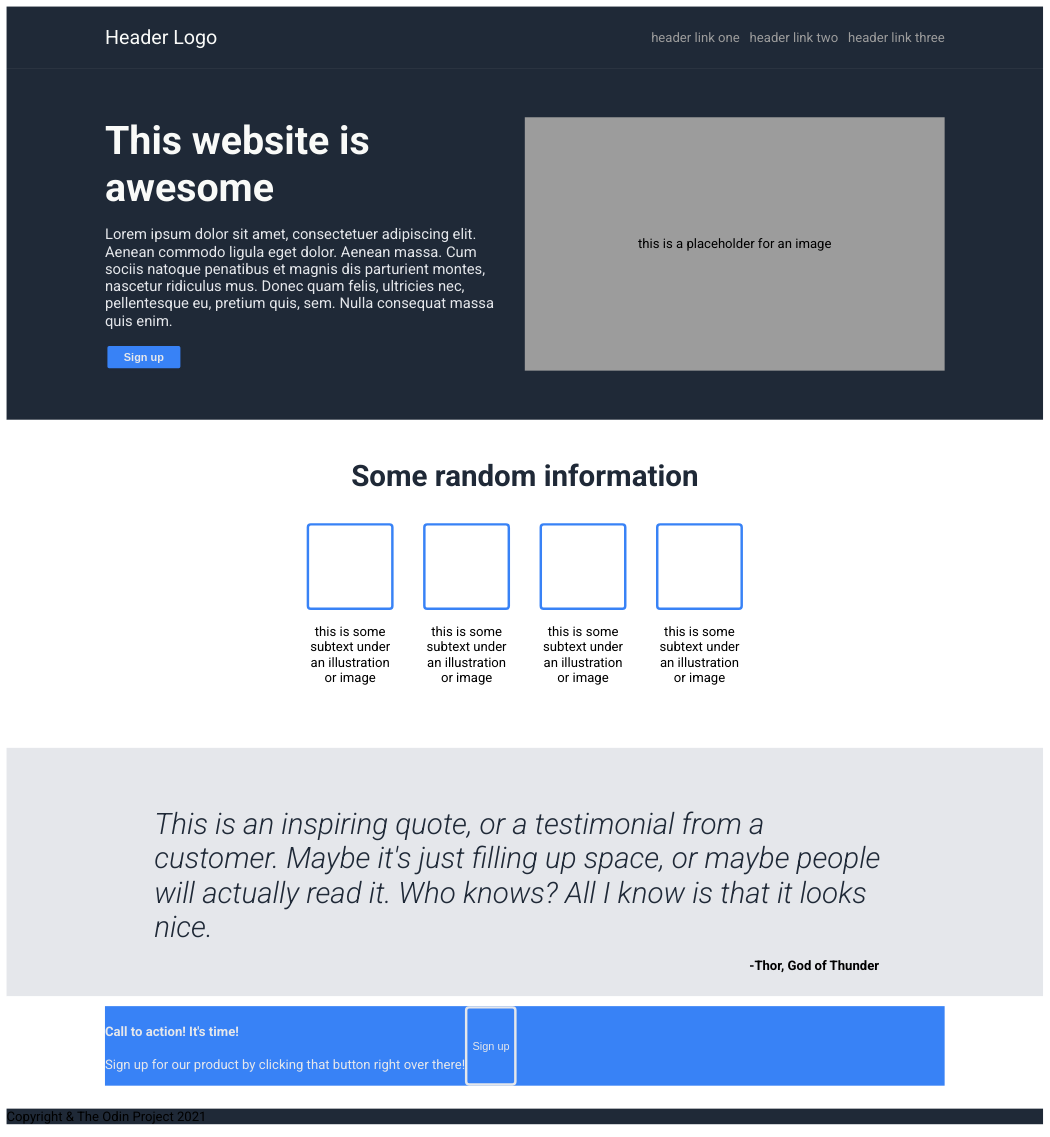
Repository: evemcd/odin_project
Page: odin-project2-landing-page/index.html
The author's editor kept a copy of each file at every save. The page is drawn from the files as they stood at one save, then again after the next save.
The browser window is 1280 px wide. The pictures show the whole page, at 82% of full size.

Above is the page before, as saved 2022-02-08 11:38:57.

### odin-project2-landing-page/index.html
<!DOCTYPE html>
<html lang="en">
<head>
    <meta charset="UTF-8">
    <title>Odin Project 2 Landing Page</title>
    <link rel="stylesheet" href="style.css">
    <link rel="preconnect" href="https://fonts.googleapis.com">
<link rel="preconnect" href="https://fonts.gstatic.com" crossorigin>
<link href="https://fonts.googleapis.com/css2?family=Roboto:ital,wght@0,400;0,700;0,900;1,300&display=swap" rel="stylesheet">
</head>

<body>
    <header>
        <span>Header Logo</span>
        <ul>
            <li><a href="#">header link one</a></li>
            <li><a href="#">header link two</a></li>
            <li><a href="#">header link three</a></li>
        </ul>
    </header>

    <div class="container1">
        <div>
            <h2>This website is awesome</h2>
            <p>Lorem ipsum dolor sit amet, consectetuer adipiscing elit. Aenean commodo ligula eget dolor. Aenean massa. Cum sociis natoque penatibus et magnis dis parturient montes, nascetur ridiculus mus. Donec quam felis, ultricies nec, pellentesque eu, pretium quis, sem. Nulla consequat massa quis enim.</p>
            <button>Sign up</button>
        </div>
        <div class="placeholder">
            <span>this is a placeholder for an image</span>
        </div>
    </div>

    <div class="container2">
        <h3>Some random information</h3>
        <div class="boxContainer">
            <div class="boxes">
                <div class="box"></div>
                <p>this is some subtext under an illustration or image</p>
            </div>
            <div class="boxes">
                <div class="box"></div>
                <p>this is some subtext under an illustration or image</p>
            </div>
            <div class="boxes">
                <div class="box"></div>
                <p>this is some subtext under an illustration or image</p>
            </div>
            <div class="boxes">
                <div class="box"></div>
                <p>this is some subtext under an illustration or image</p>
            </div>
        </div>
    </div>

    <div class="container3">
        <blockquote>This is an inspiring quote, or a testimonial from a customer. Maybe it's just filling up space, or maybe people will actually read it. Who knows? All I know is that it looks nice.</blockquote>
        <p>-Thor, God of Thunder</p>
    </div>

    <div class="container4">
        <div class="blueBox">
            <div>
            <h4>Call to action! It's time!</h4>
            <p>Sign up for our product by clicking that button right over there!</p>
        </div>
        <button>Sign up</button>
        </div>
    </div>

    <footer>
        <p>Copyright &amp; The Odin Project 2021</p>
    </footer>
</body>
</html>

### odin-project2-landing-page/style.css
body {
    font-family: 'Roboto', sans-serif;
}

header,
.container1,
footer {
    background-color: #1F2937;
}

.container2,
.container4 {
    background-color: white;
}

header {
    display: flex;
    align-items: center;
    justify-content: space-between;
    padding: 12px 120px;
}

header>span {
    font-size: 24px;
    color: #F9FAF8;
}

header>ul {
    list-style: none;
    display: flex;
    gap: 12px;
}

header a {
    text-decoration: none;
    color: #9c9c9c;
}

.container1 {
    display: flex;
    flex: 1;
    padding: 60px 120px;
}

.container1 h2 {
    font-size: 48px;
    font-weight: extra-bold;
    color: #F9FAF8;
    margin: 0;
}

.container1 p {
    font-size: 18px;
    color: #E5E7EB;
}

.placeholder {
    background-color: #9c9c9c;
    width: 50%;
    flex-shrink: 0;
    margin-left: 24px;
    display: flex;
    justify-content: center;
    align-items: center;
}

.container1 button {
    background-color: #3882F6;
    color: #E5E7EB;
    font-weight: bold;
    border-radius: 5px;
    border: 3px solid #1F2937;
    padding: 6px 20px;
}

.container2 {
    padding: 12px 120px 60px 120px;
}

.container2 h3 {
    font-size: 36px;
    font-weight: extra-bold;
    color: #1F2937;
    text-align: center;
}

.boxContainer {
    display: flex;
    justify-content: center;
    gap: 36px;
}

.boxes {
    display: flex;
    flex-direction: column;
    align-items: center;
}

.boxes p {
    text-align: center;
    width: 100px;
}

.box {
    width: 100px;
    height: 100px;
    border: 3px solid #3882F6;
    border-radius: 5px;
}

.container3 {
    background-color: #E5E7EB;
    padding: 12px 120px;
}

blockquote {
    font-size: 36px;
    font-weight: lighter;
    font-style: italic;
    color: #1F2937;
    margin: 0;
    padding: 60px 60px 0 60px;
}

.container3 p {
    text-align: right;
    font-weight: bold;
    padding-right: 80px;
}

.blueBox {
    background-color: #3882F6;
    color: #E5E7EB;
    display: flex;
}

.container4 {
    padding: 12px 120px;
}

.container4 button {
    background-color: #3882F6;
    color: #E5E7EB;
    border-radius: 5px;
    border: 3px solid #E5E7EB
}

After the next save:
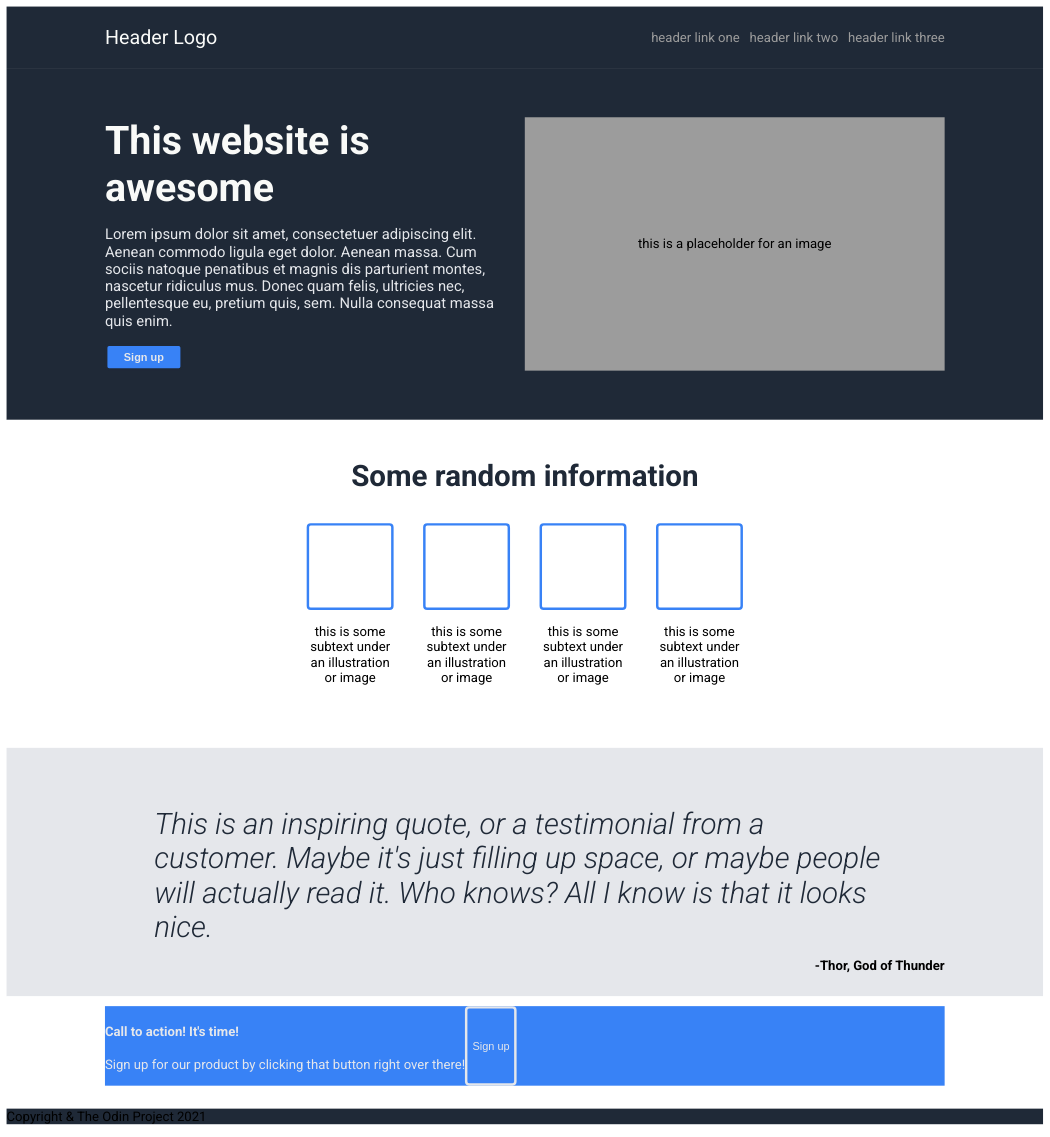
Saved 42 s later.
--- a/odin-project2-landing-page/style.css
+++ b/odin-project2-landing-page/style.css
@@ -125,7 +125,7 @@
 .container3 p {
     text-align: right;
     font-weight: bold;
-    padding-right: 80px;
+    padding: 0 80px auto auto;
 }
 
 .blueBox {

After the save that followed:
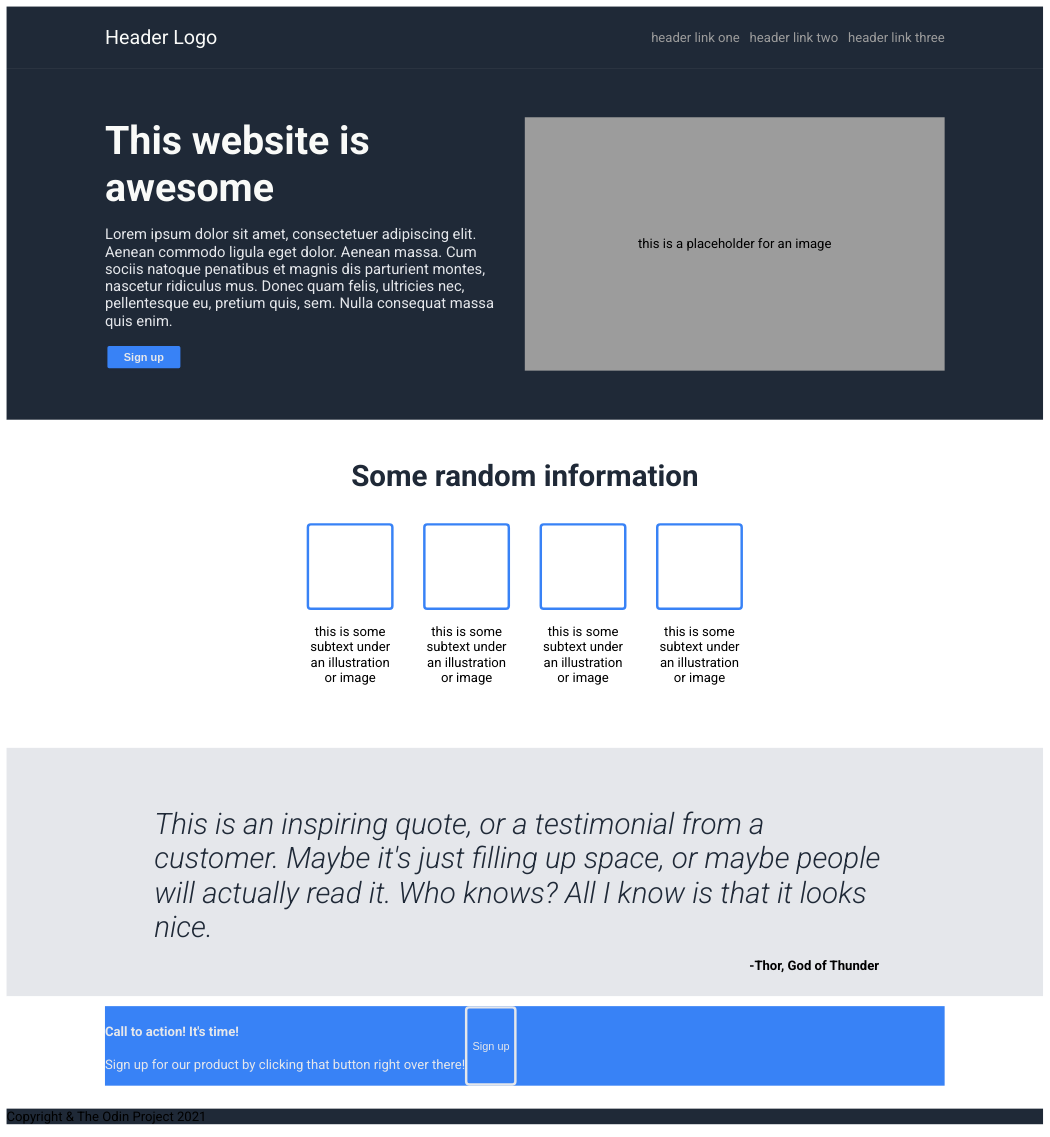
Saved 36 s later.
--- a/odin-project2-landing-page/style.css
+++ b/odin-project2-landing-page/style.css
@@ -125,7 +125,8 @@
 .container3 p {
     text-align: right;
     font-weight: bold;
-    padding: 0 80px auto auto;
+    padding-right: 80px;
+    padding-top: 0;
 }
 
 .blueBox {
